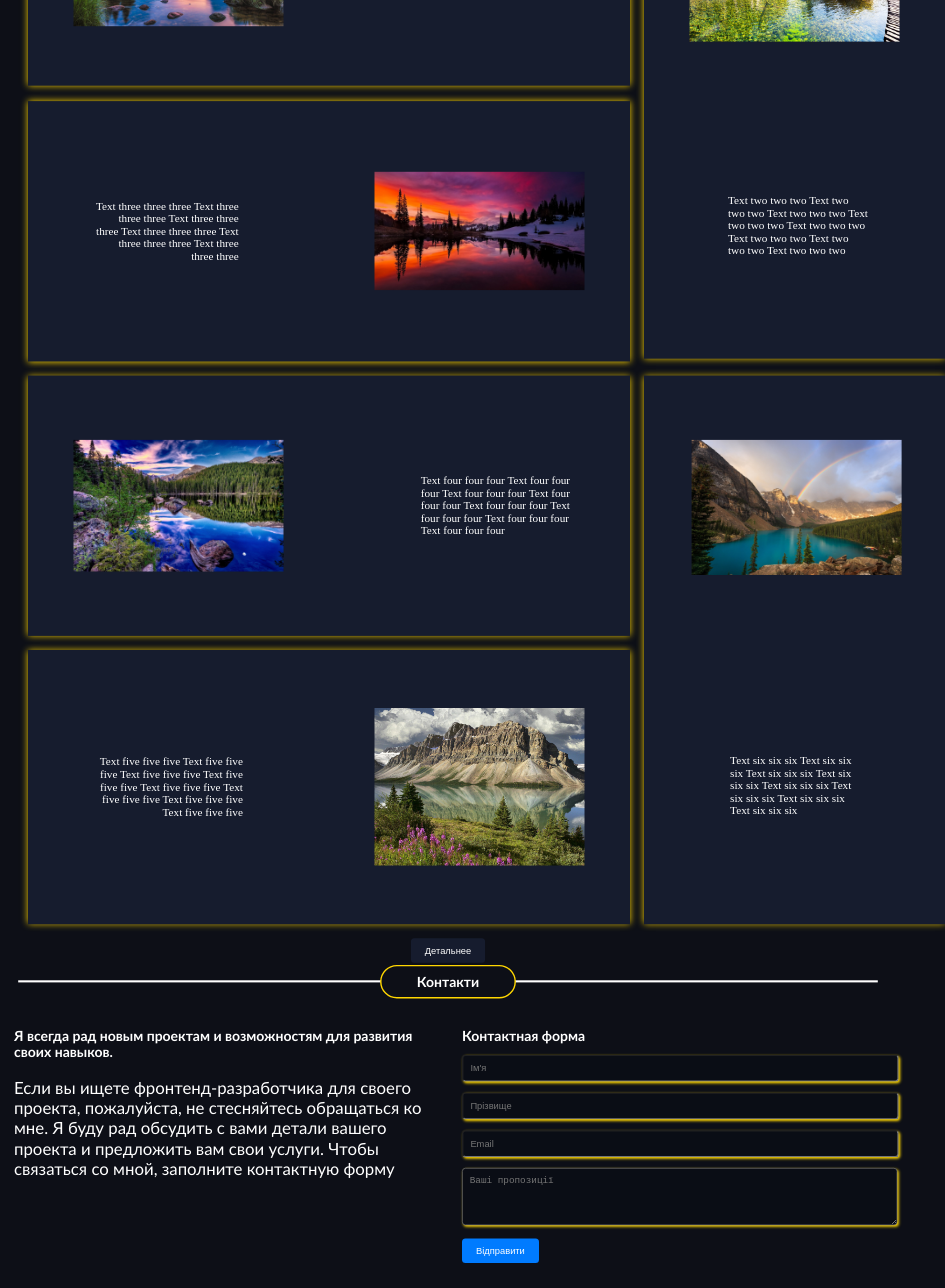
Repository: qtqqrdy13/cv-2
Page: index.html
The author's editor kept a copy of each file at every save. The page is drawn from the files as they stood at one save, then again after the next save.
The browser window is 1280 px wide. The page is 1350 px wide, so the pictures cover 1350 px, including what lies to the right of the window. The pictures show the part of the page from y = 3228 to 5068 px (the page is 5068 px tall), at 70% of full size.

Above is the page before, as saved 2023-10-12 15:55:46.

### index.html
<!DOCTYPE html>
<html lang="en">

<head>
    <link rel="stylesheet" href="main.css">
    <meta charset="UTF-8">
    <meta name="viewport" content="width=device-width, initial-scale=1.0">
    <title>Батуров Олексій</title>
</head>

<body>
    <!--Navigation-->
    <header>
        <div class="logo">
            <img src="../cv 2/image/media/logo.png" alt="logo">
        </div>
        <nav>
            <ul>
                <li><a href="">Головна</a></li>
                <li><a href="#about">Про мене</a></li>
                <li><a href="#skills">Мої скіли</a></li>
                <li><a href="#portfolio">Портфоліо</a></li>
                <li><a href="">Контакти</a></li>
            </ul>
        </nav>
    </header>
    <!--Navigation-->

    <!--Two images-->
    <div class="container-top">
        <div class="img-container">
            <img class="img-1" src="../cv 2/image/code.gif" alt="">
            <img class="img-2" src="../cv 2/image/photo_2023-09-09_18-51-06.jpg" alt="">
        </div>
        <!--Two images-->

        <!--About Oleksiy-->
        <div class="container-text">
            <div id="about"></div>
            <div class="text-block">
                <h1>Олексій Батуров</h1>
            </div>
        </div>
    </div>
    <div class="description">
        <p>Я професіонал, чия пристрасть до веб-розробки
            помітна в кожному рядку коду, який я створюю.
            За час моєї практики я набув глибоких знань у
            різних галузях веб-технологій, включаючи HTML,
            CSS, JavaScript, а також популярні фреймворки
            та бібліотеки. Мої навички дозволяють мені
            створювати унікальні та сучасні веб-сайти,
            які поєднують у собі функціональність, стиль
            та оптимальну продуктивність. </p>
    </div>
    <!--About Oleksiy-->

    <!--Edge-->
    <div id="about_us">
        <div class="announcement">
            <h2 class="title">
                Скіли
            </h2>
        </div>
    </div>
    <!--Edge-->

    <!--Skills-->
    <div id="skills"></div>
    <div class="container">
        <div class="row">
            <div class="block">
                <h2>Скіли Дизайнера</h2>
                <div class="content">
                    <ul>
                        <li>Figma</li>
                        <li>Photoshop</li>
                        <li>Illustrator</li>
                        <li>Scratch</li>
                        <li>AdobeXD</li>
                        <li>Corel Draw</li>
                    </ul>
                </div>
            </div>
            <div class="block">
                <h2>Скіли Front-End розробника</h2>
                <div class="content">
                    <ul>
                        <li>HTML</li>
                        <li>CSS</li>
                        <li>JavaScript</li>
                        <li>ReactJS</li>
                        <li>ReactNative</li>
                        <li>AngularJS</li>
                        <li>NodeJS</li>
                        <li>VueJS</li>
                        <li>JQuerry</li>
                        <li>TypeScript</li>
                        <li>PHPMyAdmin</li>
                    </ul>
                </div>
            </div>
            <div class="block">
                <h2>Володіння CMS - платформами</h2>
                <div class="content">
                    <ul>
                        <li>WordPress</li>
                        <li>OpenCard</li>
                        <li>Joomla</li>
                        <li>Drupal</li>
                        <li>TYPEO3</li>
                    </ul>
                </div>
            </div>
        </div>
    </div>
    <!--Skills-->

    <!--Edge-->
    <div id="about_us">
        <div class="announcement">
            <h2 class="title">
                Портфоліо
            </h2>
        </div>
    </div>
    <!--Edge-->

    <!--Portfolio-->
    <div class="angry-grid">
        <div id="portfolio"></div>
        <div id="item-0">
            <img src="../cv 2/image/media/1.jpg" alt="Image 0" />
            <p>Text one one one Text one one one Text one one one Text one one one
                Text one one one Text one one one Text one one one Text one one one
            </p>
        </div>
        <div id="item-1">
            <img src="../cv 2/image/media/2.jpg" alt="Image 1" />
            <p>Text two two two Text two two two Text two two two Text two two two
                Text two two two Text two two two Text two two two Text two two two
            </p>
        </div>
        <div id="item-2">
            <div class="content-container">
                <p>Text three three three Text three three three Text three three three
                    Text three three three Text three three three Text three three three
                </p>
                <img src="../cv 2/image/media/3.jpg" alt="Image 2" />
            </div>
        </div>
        <div id="item-3">
            <img src="../cv 2/image/media/4.jpg" alt="Image 3" />
            <p>Text four four four Text four four four Text four four four Text four four four
                Text four four four Text four four four Text four four four Text four four four
            </p>
        </div>
        <div id="item-4">
            <div class="content-container">
                <p>Text five five five Text five five five Text five five five Text five five five
                    Text five five five Text five five five Text five five five Text five five five
                </p>
                <img src="../cv 2/image/media/5.jpg" alt="Image 4" />
            </div>
        </div>
        <div id="item-5">
            <img src="../cv 2/image/media/6.jpg" alt="Image 5" />
            <p>Text six six six Text six six six Text six six six Text six six six
                Text six six six Text six six six Text six six six Text six six six
            </p>
        </div>
    </div>

    <div class="detail-button">
        <button>Детальнее</button>
    </div>
    <!--Portfolio-->
    <!--Edge-->
    <div id="about_us">
        <div class="announcement">
            <h2 class="title">
                Контакти
            </h2>
        </div>
    </div>
    <!--Edge-->
    </div>
    <div class="container_contact">
        <div class="text">
            <h2>Я всегда рад новым проектам и возможностям для развития своих навыков. </h2>
            <p>Если вы ищете фронтенд-разработчика для своего проекта, пожалуйста, не стесняйтесь обращаться ко мне. Я
                буду рад обсудить с вами детали вашего проекта и предложить вам свои услуги.

                Чтобы связаться со мной, заполните контактную форму</p>
        </div>
        <div class="form">
            <h2>Контактная форма</h2>
            <form method="post">
                <div class="form-group">
                    <input type="text" id="name" name="name" placeholder="Ім'я" required>
                </div>
                <div class="form-group">
                    <input type="text" id="secondname" name="secondname" placeholder="Прізвище" required>
                </div>
                <div class="form-group">
                    <input type="text" id="email" name="email" placeholder="Email">
                </div>
                <div class="form-group">
                    <textarea id="message" name="message" rows="4" placeholder="Ваші пропозиції" required></textarea>
                </div>
                <div class="form-group">
                    <button type="submit">Відправити</button>
                </div>
            </form>
        </div>
    </div>
</body>

</html>

### main.css
body {
    background-color: #0d0f17;
    margin: 0;
    padding: 0;

}

/*Navigation*/
header {
    background-color: #161C2E;
    color: white;
    padding: 10px 0px;
    position: fixed;
    top: 0;
    width: 100%;
    display: flex;
    justify-content: space-between;
    align-items: center;
    z-index: 1000;
}

.logo img {
    height: 50px;
    margin-left: 50px;
}

nav ul {
    list-style: none;
    margin-right: 50px;
}

nav li {
    display: inline;
    margin-right: 50px;
    position: relative; /* Добавляем позицию относительно элементов меню */
}

nav a {
    text-decoration: none;
    color: white;
    font-weight: bold;
    font-size: 18px;
}

nav a:hover {
    color: gold;
    font-size: 18px;
    text-shadow: 0 0 10px gold;
    transform: scale(1.05);
    transition: transform 0.6s ease-in-out;
}

/* Добавляем стили для анимации */
nav li::before {
    content: "";
    position: absolute;
    width: 100%;
    height: 2px;
    background-color: gold;
    bottom: 0;
    left: 0;
    transform: scaleX(0); /* Изначально нулевая ширина */
    transform-origin: right;
    transition: transform 0.3s ease-in-out;
}

nav li::after {
    content: "";
    position: absolute;
    width: 100%;
    height: 2px;
    background-color: gold;
    bottom: 0;
    right: 0;
    transform: scaleX(0); /* Изначально нулевая ширина */
    transform-origin: left;
    transition: transform 0.3s ease-in-out;
}

nav li:hover::before,
nav li:hover::after {
    transform: scaleX(1); /* Увеличиваем ширину до 100% */
}


/*Two images*/
.container-top {
    display: flex;
    flex-direction: column;
    align-items: center;
    width: 100%;
    overflow: visible;
    position: relative;
}

.img-container {
    width: 100%;
    max-width: 100vw;
    position: relative;
    overflow: visible;
    order: 1;
}

.img-1 {
    width: 100%;
    height: 500px;
    position: relative;
}
.img-1:hover{
    animation: slideUp 2s ease-in-out infinite alternate;
}

.img-2 {
    width: 400px;
    height: 400px;
    max-width: 100%;
    position: absolute;
    top: calc(60% + 10%);
    left: 50%;
    transform: translateX(-50%);
    z-index: 2;
    border-radius: 50%;
    transition: transform 0.5s ease;
}

.img-2:hover {
    transform: translateX(-50%) rotate(360deg);
    animation: spin 2s linear infinite;
}

@keyframes spin {
    0% { transform: translateX(-50%) rotate(0deg); }
    100% { transform: translateX(-50%) rotate(360deg); }
}

@keyframes slideUp {
    0% {
        transform: translateY(0);
    }

    100% {
        transform: translateY(-20px);
    }
}

@media screen and(max-width: 768px) {
    .container {
        padding: 2px;
    }

    .img-1,
    .img-2 {
        height: auto;
    }
}

/*About Oleksiy*/
.container-text {
    display: flex;
    flex-direction: column;
    align-items: center;
    justify-content: center;
    height: 100vh;
    order: 2;
}

.text-block {
    width: 530px;
    height: 214px;
    font-size: 60px;
    text-align: center;
    color: white;
    animation: fadeIn 2s ease-in-out;
    margin: 0 auto;
}

.description {
    width: 700px;
    height: 256px;
    text-align: center;
    color: white;
    animation: slideIn 2s ease-in-out;
    margin: 0 auto;
    margin-bottom: 10%;
}

@keyframes fadeIn {
    0% {
        opacity: 0;
    }

    100% {
        opacity: 1;
    }
}

@keyframes slideIn {
    0% {
        transform: translateY(-20px);
        opacity: 0;
    }

    100% {
        transform: translateY(0);
        opacity: 1;
    }
}

/* Адаптация для мелких скринов */
@media (max-width: 600px) {
    .text-block {
        font-size: 36px;
    }

    .description {
        font-size: 18px;
    }
}

/* Адаптация для планшей */
@media (min-width: 601px) and (max-width: 1024px) {
    .text-block {
        font-size: 48px;
    }

    .description {
        font-size: 24px;
    }
}

@media (min-width: 1025px) {
    .text-block {
        font-size: 72px;
    }

    .description {
        font-size: 30px;
    }
}

/*Edge*/
.announcement {
    height: 3px;
    background-color: white;
    display: flex;
    justify-content: center;
    align-items: center;
    margin: 2% 2%;
}

.title {
    animation-name: fade-in;
    animation-duration: 0.3s;
    text-align: center;
    text-decoration: none;
    color: white;
    border: 2px solid gold;
    background-color: #0d0f17;
    border-radius: 30px;
    padding: 10px 50px;
}

.title:hover {

    color: gold;
    font-size: 26px;
    box-shadow: 0 0 6px gold;
}

@keyframes fade-in {
    from {
        opacity: 0;
    }

    to {
        opacity: 1;
    }
}

/*Skills*/
.container {
    display: flex;
    flex-direction: column;
    align-items: center;
}

.row {
    display: flex;
    flex-wrap: wrap;
    justify-content: space-between;
}

.block {
    border: 2px solid gold;
    margin: 10px;
    padding: 20px;
    animation: fade-in 1s ease-in-out;
    width: calc(50% - 20px);
    height: 400px;
    box-shadow: 1px 1px 6px gold;
    text-align: center;
    box-sizing: border-box;
    display: flex;
    flex-direction: column;
    justify-content: flex-start;
    align-items: center;
}

.block:hover {
    box-shadow: 2px 2px 12px gold;
}

h2 {
    font-size: 20px;
    font-family: 'Trebuchet MS', 'Lucida Sans Unicode', 'Lucida Grande', 'Lucida Sans', Arial, sans-serif;
    margin-top: 10px 0 0 0;
    color: white;
}

.content {
    display: flex;
    flex-direction: column;
    align-items: center;
    justify-content: center;
    height: 100%;
}

.content ul {
    list-style-type: square;
    padding-left: 20px;
    margin: 0;
}

h2:hover {
    font-size: 21px;
    text-shadow: 0px 0px 12px white;
}

.content li {
    font-size: 18px;
    color: white;
}

.content li:hover {
    font-size: 19px;
    text-shadow: 0px 0px 12px white;
}

@keyframes fade-in {
    0% {
        opacity: 0;
    }

    100% {
        opacity: 1;
    }
}

@media screen and (max-width: 1024px) {
    .block {
        padding: 10px;
        width: calc(50% - 20px);
        height: 250px;
    }

    .block h2 {
        font-size: 18px;
    }

    .content li {
        font-size: 16px;
    }
}

@media screen and (max-width: 750px) {
    .block {
        padding: 10px;
        width: calc(50% - 20px);
        height: 200px;
    }

    .block h2 {
        font-size: 16px;
    }

    .content li {
        font-size: 14px;
    }
}


@media screen and (min-width: 1200px) {
    .block {
        width: 400px;
        height: 400px;
    }

    .row {
        justify-content: center;
        width: calc(65% - 10px)
    }
}

/*Portfolio*/
.angry-grid {
    display: grid;
    grid-template-rows: 1fr 1fr 1fr 1fr;
    grid-template-columns: 1fr 1fr 1fr 1fr 1fr;
    margin: 0 auto;
    max-width: 1200px;
    padding: 0 15px;
}

#item-0 {
    background-color: #161C2E;
    grid-row-start: 1;
    grid-column-start: 1;
    grid-row-end: 2;
    grid-column-end: 3;
    margin-bottom: 20px;
    width: 860px;
    height: 370px;
    box-shadow: 0 0 10px gold;
    display: grid;
    grid-template-columns: 3fr 1fr;
    align-items: center;
    transition: transform 0.6s ease-in-out;
}

#item-0:hover {
    box-shadow: 0 0 18px gold;
    border-radius: 10px;
    transform: scale(1.05);
}

#item-0 img {
    max-width: 300px;
    max-height: 300px;
    margin-left: 65px;
}

#item-0 p {
    margin-right: 90px;
    margin-left: -90px;
    color: white;
}

#item-1 {
    background-color: #161C2E;
    grid-row-start: 1;
    grid-column-start: 3;
    grid-row-end: 3;
    grid-column-end: 4;
    margin-left: 20px;
    width: 430px;
    height: 760px;
    box-shadow: 0 0 10px gold;
    display: grid;
    grid-template-columns: 1fr;
    grid-template-rows: 1fr auto;
    align-items: center;
    justify-items: center;
    transition: transform 0.6s ease-in-out;
}

#item-1:hover {
    box-shadow: 0 0 18px gold;
    border-radius: 10px;
    transform: scale(1.05);
}

#item-1 img {
    max-width: 300px;
    max-height: 300px;
    margin-top: -100px;

}

#item-1 p {
    margin-right: 90px;
    margin-bottom: 125px;
    margin-left: 100px;
    color: white;
    padding: 20px;
}

#item-2 {
    background-color: #161C2E;
    grid-row-start: 2;
    grid-column-start: 1;
    grid-row-end: 3;
    grid-column-end: 3;
    margin-bottom: 20px;
    box-shadow: 0 0 10px gold;
    display: grid;
    grid-template-columns: 1fr;
    align-items: center;
    transition: transform 0.6s ease-in-out;
}

#item-2 .content-container {
    display: flex;
    flex-direction: row;
    align-items: center;
    justify-content: space-between;
}

#item-2 img {
    max-width: 300px;
    max-height: 300px;
    margin-right: 65px;
}

#item-2 p {
    flex: 1;
    margin-right: 20px;
    color: white;
    text-align: right;
    margin-right: 100px;
    padding: 94px;
}

#item-2:hover {
    box-shadow: 0 0 18px gold;
    border-radius: 10px;
    transform: scale(1.05);
}

#item-3 {
    background-color: #161C2E;
    grid-row-start: 3;
    grid-column-start: 1;
    grid-row-end: 4;
    grid-column-end: 3;
    margin-bottom: 20px;
    box-shadow: 0 0 10px gold;
    display: flex;
    align-items: center;
    justify-content: center;
    transition: transform 0.6s ease-in-out;
}

#item-3:hover {
    box-shadow: 0 0 18px gold;
    border-radius: 10px;
    transform: scale(1.05);
}

#item-3 img {
    max-width: 300px;
    max-height: 300px;
    margin-left: 65px;
}

#item-3 p {
    margin-right: -50px;
    margin-left: 71px;
    color: white;
    padding: 125px;
}

#item-4 {
    background-color: #161C2E;
    grid-row-start: 4;
    grid-column-start: 1;
    grid-row-end: 5;
    grid-column-end: 3;
    box-shadow: 0 0 10px gold;
    display: grid;
    grid-template-columns: 1fr auto;
    align-items: center;
    transition: transform 0.6s ease-in-out;
}

#item-4 .content-container {
    display: flex;
    flex-direction: row;
    align-items: center;
    justify-content: space-between;
    flex-wrap: nowrap;
}

#item-4 img {
    max-width: 300px;
    max-height: 300px;
    margin-right: 65px;
}

#item-4 p {
    color: white;
    text-align: right;
    margin-right: 129px;
    margin-left: 43px;
    padding: 59px;
}

#item-4:hover {
    box-shadow: 0 0 18px gold;
    border-radius: 10px;
    transform: scale(1.05);
}

#item-5 {
    background-color: #161C2E;
    grid-row-start: 3;
    grid-column-start: 3;
    grid-row-end: 5;
    grid-column-end: 4;
    margin-left: 20px;
    box-shadow: 0 0 10px gold;
    display: grid;
    grid-template-rows: 1fr auto;
    justify-content: center;
    align-items: center;
    align-content: space-between;
    transition: transform 0.6s ease-in-out;
}

#item-5 img {
    max-width: 300px;
    max-height: 300px;
    margin-top: -124px;
    margin-left: 68px;
}

#item-5 p {
    margin-right: 90px;
    margin-bottom: 130px;
    margin-left: 100px;
    color: white;
    padding: 23px;
}

#item-5:hover {
    box-shadow: 0 0 18px gold;
    border-radius: 10px;
    transform: scale(1.05);
}

@media (max-width: 768px) {
    .angry-grid {
        grid-template-columns: 1fr 1fr;
        max-width: 768px;
        margin-left: 0;
    }
}

@media (min-width: 1313px) {
    .angry-grid {
        max-width: 1313px;
        padding: 45px 20px;
    }
}

/* Стили для .detail-button */
.detail-button {
    text-align: center;
    margin-top: 20px;
}

.detail-button button {
    padding: 10px 20px;
    background-color: #161C2E;
    color: white;
    border: none;
    border-radius: 5px;
    cursor: pointer;
}

.detail-button button:hover {
    background-color: #161C2E;
    box-shadow: 0 0 12px white;
}
.container_contact {
    display: flex;
    justify-content: space-between;
    border-radius:15px;

}
.text p{
    color:white;
    font-size:24px;
    font-family:'Trebuchet MS', 'Lucida Sans Unicode', 'Lucida Grande', 'Lucida Sans', Arial, sans-serif;
}
.text {
    flex: 1;
    padding: 20px;
}

.form {
    flex: 1;
    padding: 20px;
    border-radius: 5px;
    border:none;
}

.form-group {
    margin-bottom: 15px;
}

.form-group label {
    display: block;
    margin-bottom: 5px;
    font-weight: bold;

}

.form-group input[type="text"],
.form-group textarea {
    width: 100%;
    padding: 10px;
    border-radius: 5px;
    background-color:#0a0d15;
    box-shadow:2px 2px 4px gold;
}
.form-group input[type="text"]:focus,
.form-group textarea:focus{
outline:none;
}
.form-group button {
    background-color: #007BFF;
    color: #fff;
    border: none;
    padding: 10px 20px;
    border-radius: 5px;
    cursor: pointer;
}

.form-group button:hover {
    background-color: #0056b3;
}

After the next save:
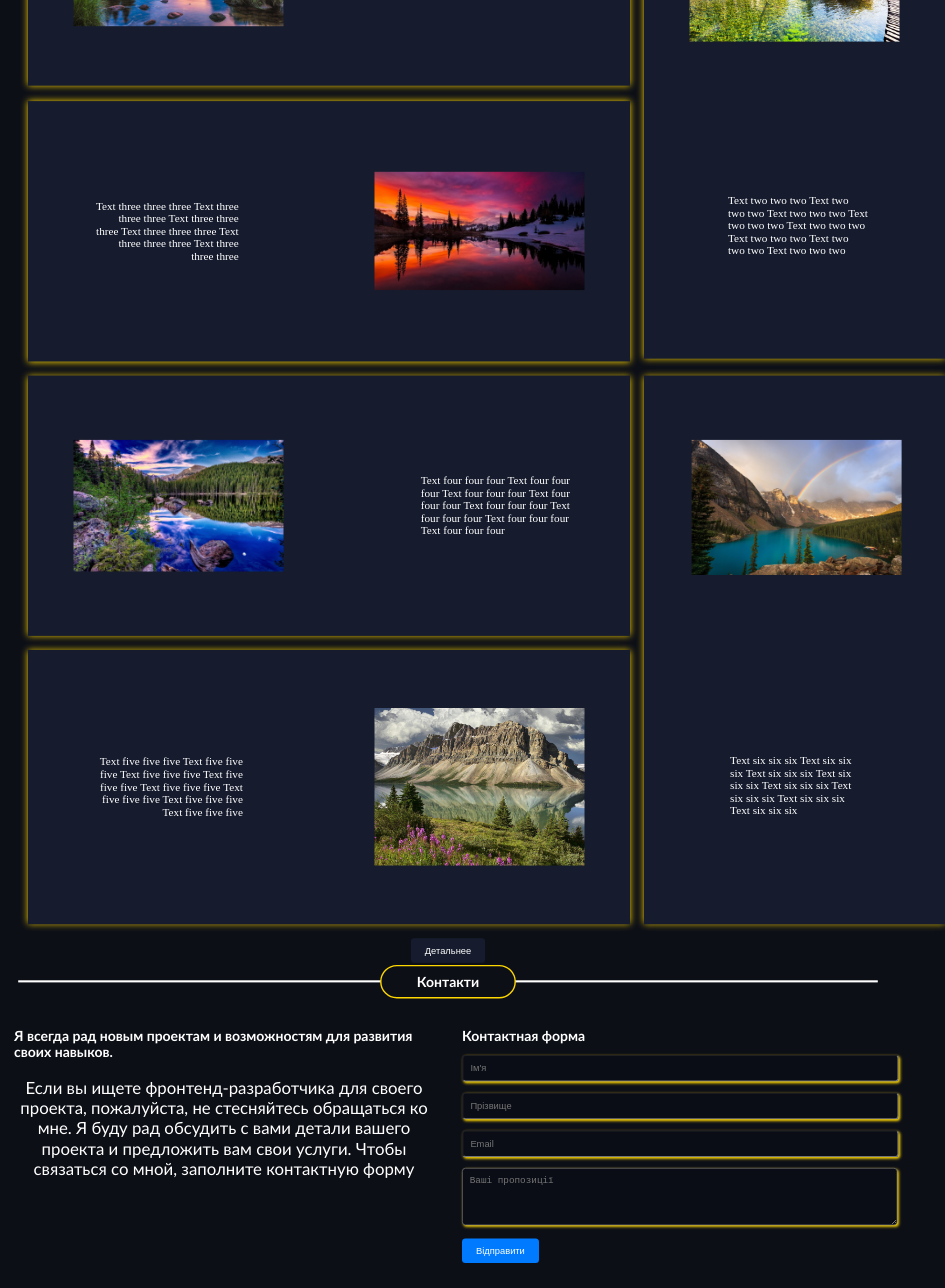
Saved 74 s later.
--- a/main.css
+++ b/main.css
@@ -681,6 +681,8 @@ h2:hover {
     color:white;
     font-size:24px;
     font-family:'Trebuchet MS', 'Lucida Sans Unicode', 'Lucida Grande', 'Lucida Sans', Arial, sans-serif;
+    text-align:center;
+
 }
 .text {
     flex: 1;
@@ -713,10 +715,7 @@ h2:hover {
     background-color:#0a0d15;
     box-shadow:2px 2px 4px gold;
 }
-.form-group input[type="text"]:focus,
-.form-group textarea:focus{
-outline:none;
-}
+
 .form-group button {
     background-color: #007BFF;
     color: #fff;
